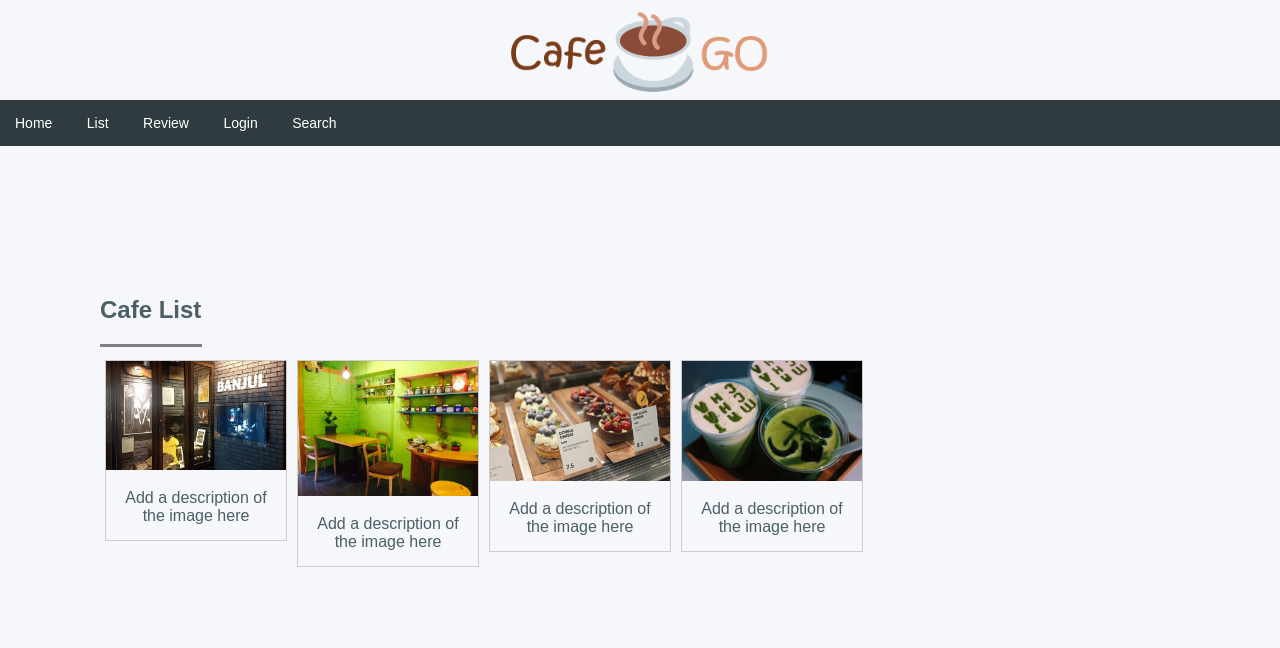
Repository: JuYeong0413/Web-Programming
Page: http://localhost/CafeGo/list.jsp
The author's editor kept a copy of each file at every save. The page is drawn from the files as they stood at one save, then again after the next save.
The browser window is 1280 px wide. The pictures show the whole page.
The page is served by Tomcat 9.

Above is the page before, as saved 2018-12-23 05:05:14.

After the next save:
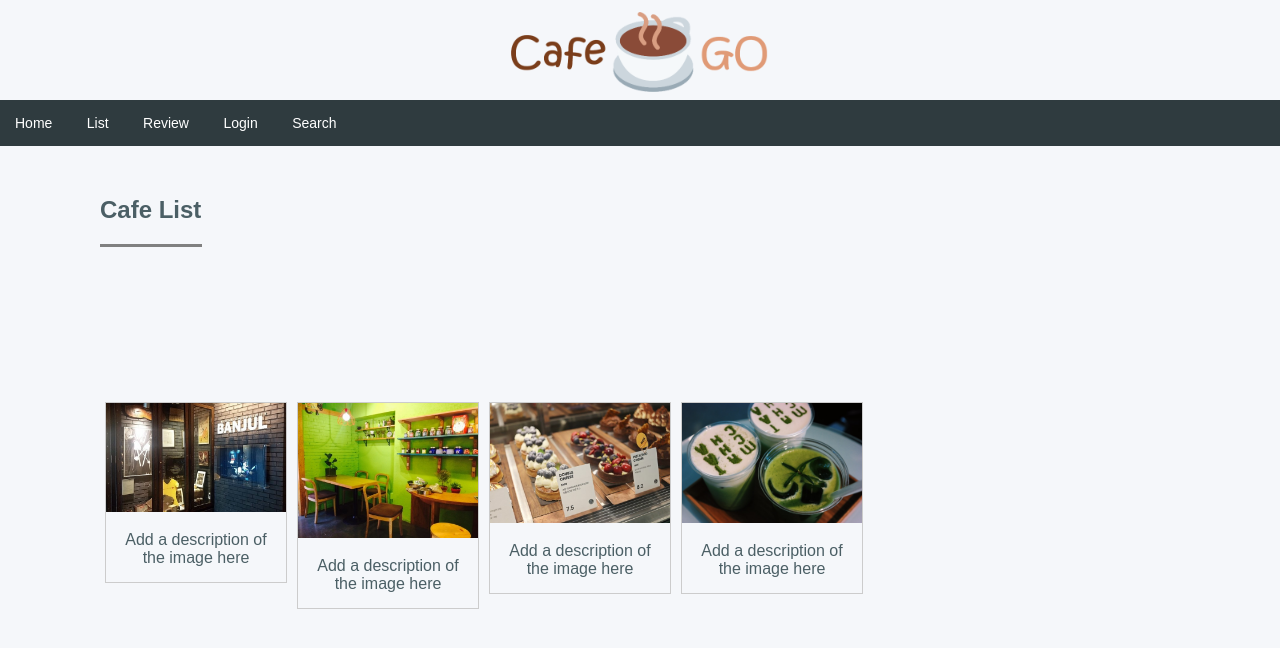
Saved 5 s later.
--- a/Project/CafeGo/WebContent/list.jsp
+++ b/Project/CafeGo/WebContent/list.jsp
@@ -10,9 +10,11 @@
 <head>
 </head>
 <body>
-	<div class="all">
+	<div class="header">
 		<h2>Cafe List</h2>
 		<hr noshade align="left" width="100" size="3">
+	</div>
+	<div class="all">
 			<center>
 			<div class="gallery">
 				<img src="image/반쥴.jpg" alt="banjul" width="800" height="600">
